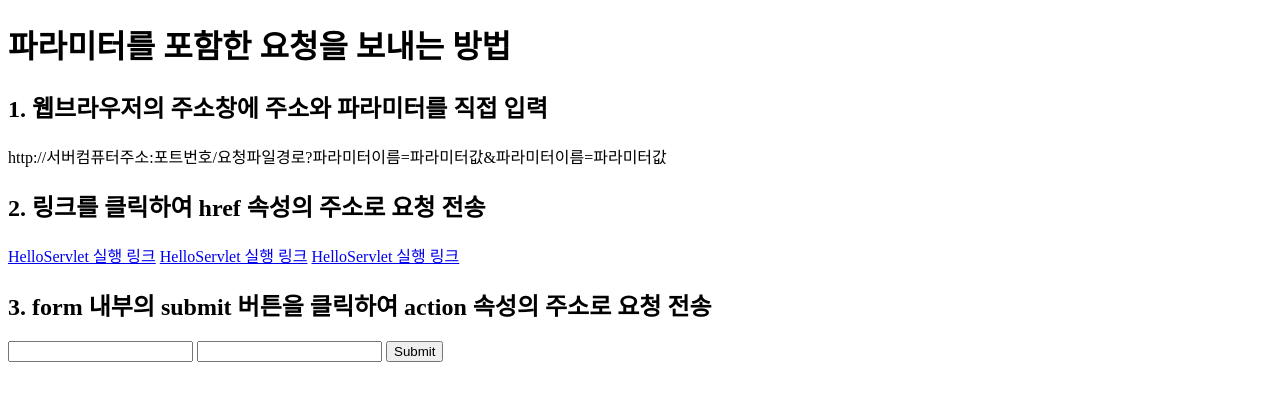
Repository: gywjd848/jeongblog
Page: workspace/exweb/WebContent/param.html
The author's editor kept a copy of each file at every save. The page is drawn from the files as they stood at one save, then again after the next save.
The browser window is 1280 px wide. The pictures show the whole page.

Above is the page before, as saved 2020-05-15 02:09:42.

After the next save:
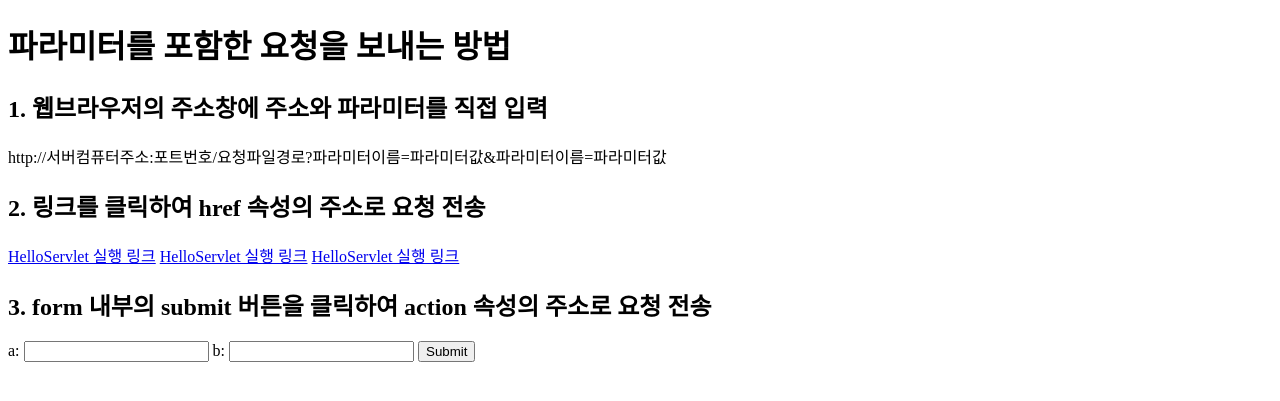
Saved 2 min 28 s later.
--- a/workspace/exweb/WebContent/param.html
+++ b/workspace/exweb/WebContent/param.html
@@ -16,8 +16,8 @@
 	</div>
 	<h2>3. form 내부의 submit 버튼을 클릭하여 action 속성의 주소로 요청 전송</h2>
 	<form action="http://localhost:8000/exweb/hello.do">
-		<input type="text" name="a"/>
-		<input type="text" name="b"/>
+		a: <input type="text" name="a"/>
+		b: <input type="text" name="b"/>
 		<input type="submit" />
 	</form>
 </body>
